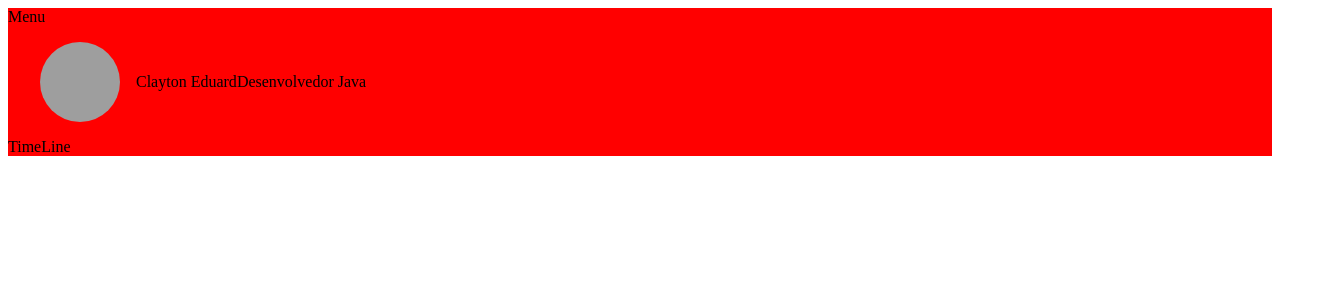
Repository: ClaytonEduard/imersaoaluratube
Page: /
An editor plug-in stored every save of this project. The page is shown before and after the next save, followed by the edit.
The browser window is 1280 px wide. The page is 1336 px wide, so the pictures cover 1336 px, including what lies to the right of the window. The pictures show the whole page.
Pictures or frames that could not be fetched are drawn as grey boxes. The project was rebuilt for these pictures with package versions that can differ from the ones it lists, and the page was loaded fresh each time. The framework's server and built-in components were replaced by stand-ins that run in the browser. Also part of the build but not shown: next.config.js.

Above is the page before, as saved 2022-11-10 23:22:57.

After the next save:
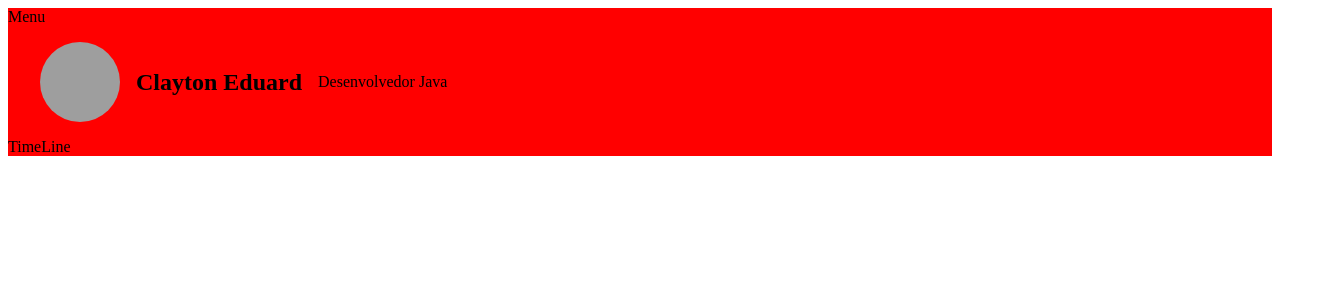
Saved 32 s later.
--- a/pages/index.js
+++ b/pages/index.js
@@ -25,23 +25,22 @@ const StyledHeader = styled.div`
     height: 80px;
     border-radius: 50%;
   }
-  .user-info{
+  .user-info {
     display: flex;
     align-items: center;
     width: 100%;
     padding: 16px 32px;
     gap: 16px;
-
   }
 `
 function Header () {
   return (
     <StyledHeader>
       {/*<img src='Baner'></img>*/}
-      <section className="user-info">
+      <section className='user-info'>
         <img src={`https://github.com/${config.github}.png`} />
-        {config.name}
-        {config.job}
+        <h2>{config.name}</h2>
+        <p>{config.job}</p>
       </section>
     </StyledHeader>
   )
